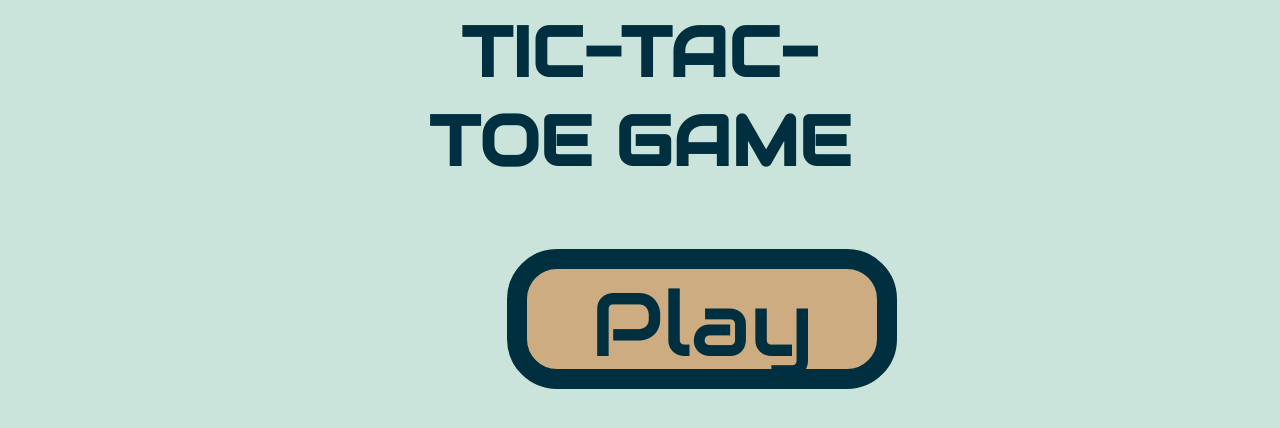
Repository: blackSky1213/tic-tac-toe
Page: index.html
The author's editor kept a copy of each file at every save. The page is drawn from the files as they stood at one save, then again after a run of saves.
The browser window is 1280 px wide. The pictures show the whole page.

Above is the page before, as saved 2020-12-28 20:49:59.

After the next 2 saves:
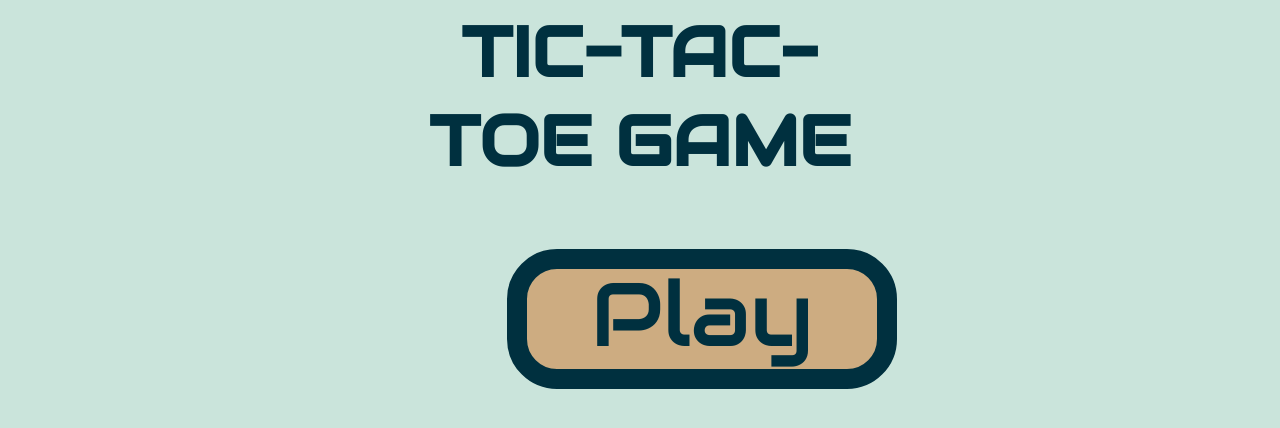
The 2 saves are shown as one change because they came seconds apart.
The last was saved 11 s later.
--- a/styles/index.css
+++ b/styles/index.css
@@ -26,5 +26,5 @@ body{
     color:#00303f;
     font-family:'Audiowide', cursive;
     position: relative;
-    bottom: 2px;;
+    bottom: 12px;;
 }
